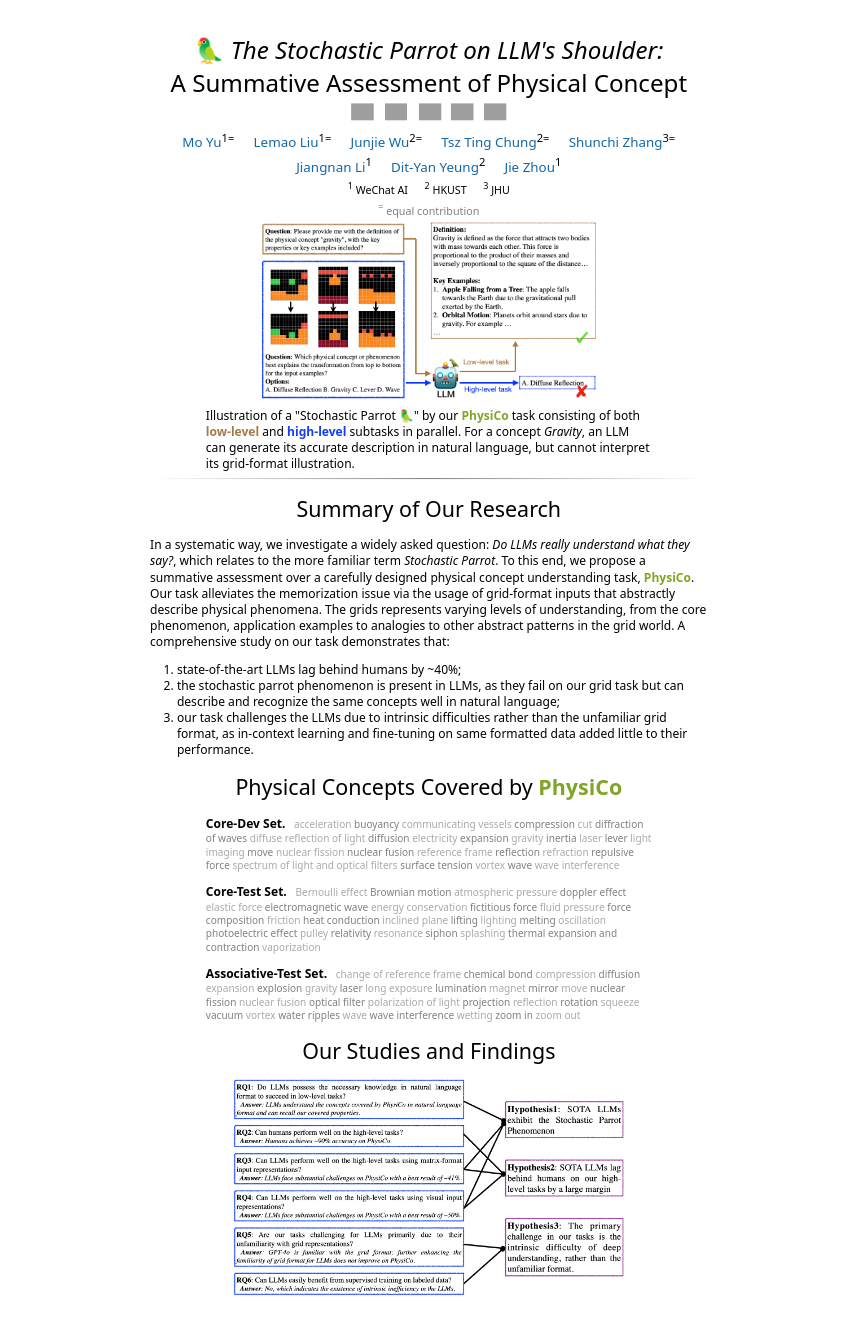
Repository: wujunjie1998/araoc-benchmark.github.io
Page: index.html
These files come from the project's save history. The page is drawn as it stood at one moment and after the next save; the edit follows.
The browser window is 1280 px wide. The pictures show the whole page, at 67% of full size.
Pictures or frames that could not be fetched are drawn as grey boxes.

Above is the page before, as saved 2025-02-07 20:47:32.

### index.html
<html>
  <head>
    <title>
      The Stochastic Parrot on LLM's Shoulder: A Summative Assessment of
      Physical Concept
    </title>
    <link
      rel="icon"
      href="data:[embedded picture, 137 characters]"
    />
    <meta charset="UTF-8" />
    <meta name="viewport" content="width=device-width, initial-scale=1" />
    <link rel="stylesheet" href="./css/index.css" />
  </head>

  <body>
    <div class="header">
      <div class="paper-title">
        🦜 <i>The Stochastic Parrot on LLM's Shoulder:</i>
        <br />
        A Summative Assessment of Physical Concept
      </div>
      <div>
        <!-- * Paper -->
        <span class="link-block">
          <a target="_blank" href="./paper.pdf"
            ><img
              class="badge"
              src="https://img.shields.io/badge/Paper-PDF-red?&labelColor=lightgray&logo=arxiv&logoColor=brown" /><img
          /></a>
        </span>
        <!-- * Dataset -->
        <span class="link-block">
          <a
            target="_blank"
            href="https://huggingface.co/datasets/ShunchiZhang/PhysiCo/"
            ><img
              class="badge"
              src="https://img.shields.io/badge/HuggingFace-Dataset-yellow?labelColor=lightgray&logo=huggingface" /><img
          /></a>
        </span>
        <!-- * Code -->
        <span class="link-block">
          <a target="_blank" href="https://github.com/physico-benchmark/physico"
            ><img
              class="badge"
              src="https://img.shields.io/badge/GitHub-Code-gray?labelColor=lightgray&logo=github&logoColor=gray" /><img /></a
        ></span>
        <!-- * Leaderboard -->
        <span class="link-block">
          <a href="./leaderboard.html"
            ><img
              class="badge"
              src="https://img.shields.io/badge/Leaderboard-Visit-blue?labelColor=lightgray&logo=stackblitz&logoColor=367BAF" /><img /></a
        ></span>
        <!-- * X Threads -->
        <span class="link-block">
          <a href="https://x.com/jieeijjie/status/1876713099752861782"
            ><img
              class="badge"
              src="https://img.shields.io/badge/Threads-black?labelColor=lightgray&logo=x&logoColor=gray" /><img /></a
        ></span>
      </div>
      <div>
        <div class="author-list">
          <span class="author-block"
            ><a href="https://sites.google.com/site/moyunlp/">Mo Yu</a
            ><sup>1=</sup></span
          >
          <span class="author-block"
            ><a href="https://lemaoliu.github.io/homepage/">Lemao Liu</a
            ><sup>1=</sup></span
          >
          <span class="author-block"
            ><a href="https://wujunjie1998.github.io/">Junjie Wu</a
            ><sup>2=</sup></span
          >
          <span class="author-block"
            ><a href="https://ttchungc.github.io/">Tsz Ting Chung</a
            ><sup>2=</sup></span
          >
          <span class="author-block"
            ><a href="https://shunchizhang.github.io">Shunchi Zhang</a
            ><sup>3=</sup></span
          >
        </div>
        <div class="author-list">
          <span class="author-block"
            ><a href="https://openreview.net/profile?id=~Jiangnan_Li2"
              >Jiangnan Li</a
            ><sup>1</sup></span
          >
          <span class="author-block"
            ><a href="https://sites.google.com/view/dyyeung">Dit-Yan Yeung</a
            ><sup>2</sup></span
          >
          <span class="author-block"
            ><a href="https://openreview.net/profile?id=~Jie_Zhou8">Jie Zhou</a
            ><sup>1</sup></span
          >
        </div>
        <div class="inst-list">
          <span class="institution-block"><sup>1</sup> WeChat AI</span>
          <span class="institution-block"><sup>2</sup> HKUST</span>
          <span class="institution-block"><sup>3</sup> JHU</span>
        </div>
        <div class="note-block"><sup>=</sup> equal contribution</div>
      </div>
    </div>

    <div class="teaser">
      <center>
        <img src="./img/teaser.png" />
        <figcaption>
          Illustration of a "Stochastic Parrot 🦜" by our
          <span class="dataset-name">PhysiCo</span> task consisting of both
          <b style="color: #a47b48">low-level</b> and
          <b style="color: #153cf9">high-level</b> subtasks in parallel. For a
          concept <i>Gravity</i>, an LLM can generate its accurate description
          in natural language, but cannot interpret its grid-format
          illustration.
        </figcaption>
      </center>
    </div>

    <hr />

    <!-- ^ Summary of Our Research -->
    <center><h1>Summary of Our Research</h1></center>
    <div class="content">
      <!-- <p style="font-size: large; text-align: center">
        <b>TL;DR:</b>
      </p> -->
      <p>
        In a systematic way, we investigate a widely asked question:
        <i>Do LLMs really understand what they say?</i>, which relates to the
        more familiar term <i>Stochastic Parrot</i>. To this end, we propose a
        summative assessment over a carefully designed physical concept
        understanding task, <span class="dataset-name">PhysiCo</span>. Our task
        alleviates the memorization issue via the usage of grid-format inputs
        that abstractly describe physical phenomena. The grids represents
        varying levels of understanding, from the core phenomenon, application
        examples to analogies to other abstract patterns in the grid world. A
        comprehensive study on our task demonstrates that:
      </p>
      <ol>
        <li>state-of-the-art LLMs lag behind humans by ~40%;</li>
        <li>
          the stochastic parrot phenomenon is present in LLMs, as they fail on
          our grid task but can describe and recognize the same concepts well in
          natural language;
        </li>
        <li>
          our task challenges the LLMs due to intrinsic difficulties rather than
          the unfamiliar grid format, as in-context learning and fine-tuning on
          same formatted data added little to their performance.
        </li>
      </ol>
    </div>

    <!-- ^ Physical Concepts Covered by `PhysiCo` -->
    <center>
      <h1>
        Physical Concepts Covered by <span class="dataset-name">PhysiCo</span>
      </h1>
    </center>
    <div class="content narrower">
      <p>
        <strong>Core-Dev Set.</strong>&ensp;<span style="font-size: smaller">
          <span style="color: darkgray">acceleration</span>
          <span style="color: gray">buoyancy</span>
          <span style="color: darkgray">communicating vessels</span>
          <span style="color: gray">compression</span>
          <span style="color: darkgray">cut</span>
          <span style="color: gray">diffraction of waves</span>
          <span style="color: darkgray">diffuse reflection of light</span>
          <span style="color: gray">diffusion</span>
          <span style="color: darkgray">electricity</span>
          <span style="color: gray">expansion</span>
          <span style="color: darkgray">gravity</span>
          <span style="color: gray">inertia</span>
          <span style="color: darkgray">laser</span>
          <span style="color: gray">lever</span>
          <span style="color: darkgray">light imaging</span>
          <span style="color: gray">move</span>
          <span style="color: darkgray">nuclear fission</span>
          <span style="color: gray">nuclear fusion</span>
          <span style="color: darkgray">reference frame</span>
          <span style="color: gray">reflection</span>
          <span style="color: darkgray">refraction</span>
          <span style="color: gray">repulsive force</span>
          <span style="color: darkgray"
            >spectrum of light and optical filters</span
          >
          <span style="color: gray">surface tension</span>
          <span style="color: darkgray">vortex</span>
          <span style="color: gray">wave</span>
          <span style="color: darkgray">wave interference</span></span
        >
      </p>
      <p>
        <strong>Core-Test Set.</strong>&ensp;<span style="font-size: smaller">
          <span style="color: darkgray">Bernoulli effect</span>
          <span style="color: gray">Brownian motion</span>
          <span style="color: darkgray">atmospheric pressure</span>
          <span style="color: gray">doppler effect</span>
          <span style="color: darkgray">elastic force</span>
          <span style="color: gray">electromagnetic wave</span>
          <span style="color: darkgray">energy conservation</span>
          <span style="color: gray">fictitious force</span>
          <span style="color: darkgray">fluid pressure</span>
          <span style="color: gray">force composition</span>
          <span style="color: darkgray">friction</span>
          <span style="color: gray">heat conduction</span>
          <span style="color: darkgray">inclined plane</span>
          <span style="color: gray">lifting</span>
          <span style="color: darkgray">lighting</span>
          <span style="color: gray">melting</span>
          <span style="color: darkgray">oscillation</span>
          <span style="color: gray">photoelectric effect</span>
          <span style="color: darkgray">pulley</span>
          <span style="color: gray">relativity</span>
          <span style="color: darkgray">resonance</span>
          <span style="color: gray">siphon</span>
          <span style="color: darkgray">splashing</span>
          <span style="color: gray">thermal expansion and contraction</span>
          <span style="color: darkgray">vaporization</span></span
        >
      </p>
      <p>
        <strong>Associative-Test Set.</strong>&ensp;<span
          style="font-size: smaller"
        >
          <span style="color: darkgray">change of reference frame</span>
          <span style="color: gray">chemical bond</span>
          <span style="color: darkgray">compression</span>
          <span style="color: gray">diffusion</span>
          <span style="color: darkgray">expansion</span>
          <span style="color: gray">explosion</span>
          <span style="color: darkgray">gravity</span>
          <span style="color: gray">laser</span>
          <span style="color: darkgray">long exposure</span>
          <span style="color: gray">lumination</span>
          <span style="color: darkgray">magnet</span>
          <span style="color: gray">mirror</span>
          <span style="color: darkgray">move</span>
          <span style="color: gray">nuclear fission</span>
          <span style="color: darkgray">nuclear fusion</span>
          <span style="color: gray">optical filter</span>
          <span style="color: darkgray">polarization of light</span>
          <span style="color: gray">projection</span>
          <span style="color: darkgray">reflection</span>
          <span style="color: gray">rotation</span>
          <span style="color: darkgray">squeeze</span>
          <span style="color: gray">vacuum</span>
          <span style="color: darkgray">vortex</span>
          <span style="color: gray">water ripples</span>
          <span style="color: darkgray">wave</span>
          <span style="color: gray">wave interference</span>
          <span style="color: darkgray">wetting</span>
          <span style="color: gray">zoom in</span>
          <span style="color: darkgray">zoom out</span></span
        >
      </p>
    </div>

    <!-- ^ Our Studies and Findings -->
    <center><h1>Our Studies and Findings</h1></center>
    <div class="content">
      <!-- <p>Foo Bar</p> -->
      <center>
        <img src="./img/rq.png" width="70%" />
        <!-- <figcaption style="text-align: center">
          6 Research Questions (RQs) and 3 Hypotheses
        </figcaption> -->
      </center>
    </div>
  </body>
</html>

### css/index.css
@import url("https://fonts.googleapis.com/css2?family=Noto+Sans:ital,wght@0,100..900;1,100..900&display=swap");

body {
  font-family: "Noto Sans", sans-serif;
  font-optical-sizing: auto;
  font-style: normal;
  font-variation-settings: "wdth" 100;
  font-weight: 400;
  font-size: 18px;
  margin: 50px auto;
  width: 65%;
}

div.header,
div.teaser,
div.content {
  margin-left: auto;
  margin-right: auto;
}

div.narrower {
  width: 80% !important;
}

div.header div {
  margin: 6px;
  text-align: center;
}

div.teaser img {
  max-width: 60%;
}

.paper-title {
  font-size: 36px;
}

.author-block {
  font-size: 20px;
  margin: 0px 12px;
}

.institution-block {
  font-size: 16px;
  margin: 0px 10px;
}

.note-block {
  color: gray;
  font-size: 16px;
}

.link-block {
  font-size: 24px;
  font-weight: bold;
  margin: 0px 5px;
}

.badge {
  width: auto;
  height: 2vw;
}

.dataset-name {
  font-weight: bold;
  color: #81a526;
}

h1 {
  font-size: 32px;
  font-weight: 300;
}

.disclaimerbox {
  background-color: #eee;
  border: 1px solid #eeeeee;
  border-radius: 10px;
  -moz-border-radius: 10px;
  -webkit-border-radius: 10px;
  padding: 20px;
}

video.header-vid {
  height: 140px;
  border: 1px solid black;
  border-radius: 10px;
  -moz-border-radius: 10px;
  -webkit-border-radius: 10px;
}

figcaption {
  margin: 10px 0px;
  width: 80%;
  text-align: left;
}

img.header-img {
  height: 140px;
  border: 1px solid black;
  border-radius: 10px;
  -moz-border-radius: 10px;
  -webkit-border-radius: 10px;
}

img.rounded {
  border: 1px solid #eeeeee;
  border-radius: 10px;
  -moz-border-radius: 10px;
  -webkit-border-radius: 10px;
}

a:link,
a:visited {
  color: #1367a7;
  text-decoration: none;
}
a:hover {
  color: #208799;
}

td.dl-link {
  height: 160px;
  text-align: center;
  font-size: 22px;
}

.vert-cent {
  position: relative;
  top: 50%;
  transform: translateY(-50%);
}

hr {
  border: 0;
  height: 1px;
  background-image: linear-gradient(
    to right,
    rgba(0, 0, 0, 0),
    rgba(0, 0, 0, 0.75),
    rgba(0, 0, 0, 0)
  );
}

.citation {
  text-align: left;
  font-family: monospace;
  font-size: 8pt;
  text-wrap: auto;
}

@media screen and (max-width: 1120px) {
  body {
    font-size: 16px;
    width: 90%;
  }
  div.teaser img {
    max-width: 100%;
  }
  .paper-title {
    font-size: 26px;
  }
  .author-block,
  .institution-block,
  .note-block {
    font-size: 14px;
  }
  .link-block {
    font-size: 20px;
  }
  .badge {
    width: auto;
    height: 28px;
    margin-top: 3px;
    margin-bottom: 3px;
  }
  h1 {
    font-size: 26px;
  }
}

After the next save:
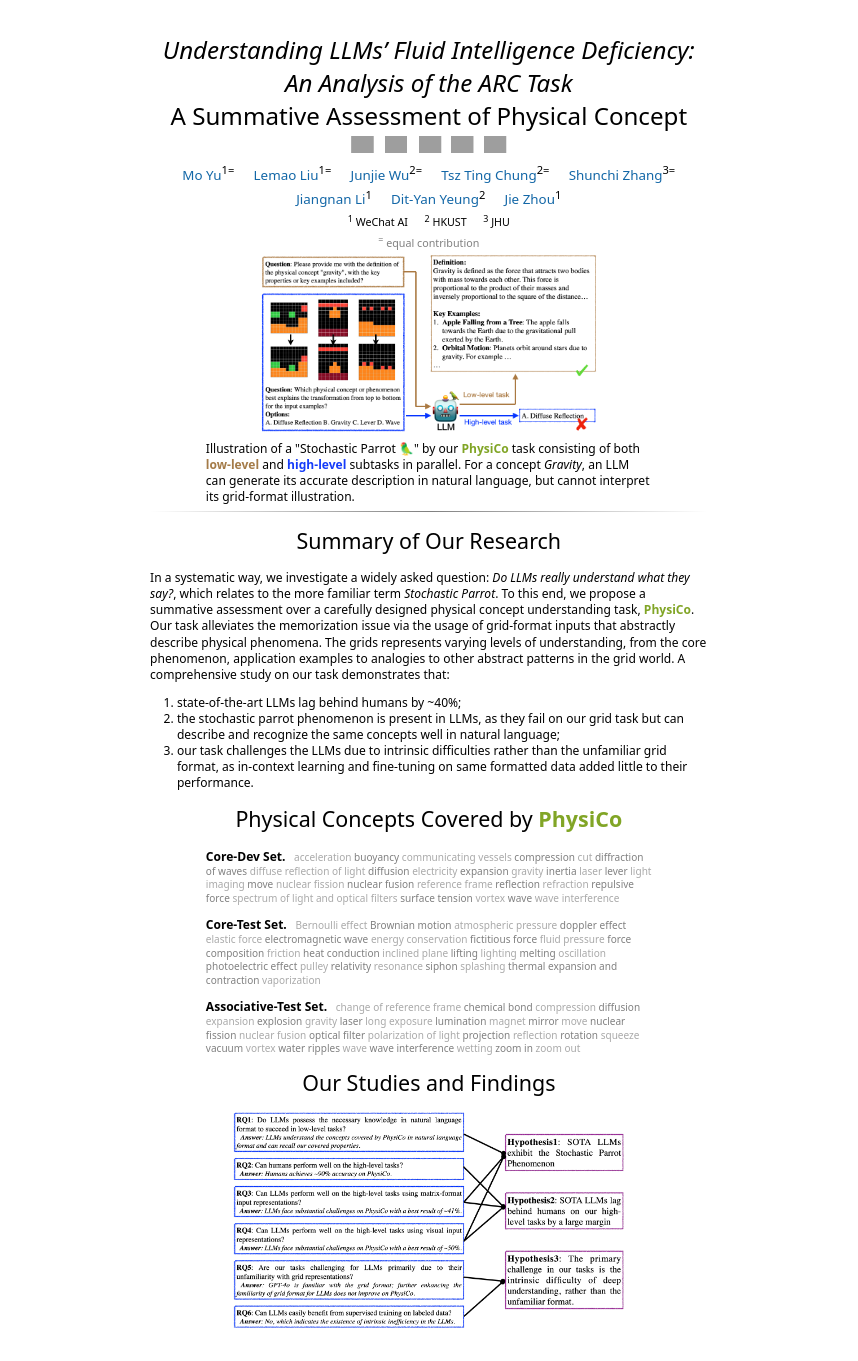
Saved 13 min 30 s later.
--- a/index.html
+++ b/index.html
@@ -1,8 +1,7 @@
 <html>
   <head>
     <title>
-      The Stochastic Parrot on LLM's Shoulder: A Summative Assessment of
-      Physical Concept
+      Understanding LLMs’ Fluid Intelligence Deficiency: An Analysis of the ARC Task
     </title>
     <link
       rel="icon"
@@ -16,7 +15,7 @@
   <body>
     <div class="header">
       <div class="paper-title">
-        🦜 <i>The Stochastic Parrot on LLM's Shoulder:</i>
+        <i>Understanding LLMs’ Fluid Intelligence Deficiency: An Analysis of the ARC Task</i>
         <br />
         A Summative Assessment of Physical Concept
       </div>

After the save that followed:
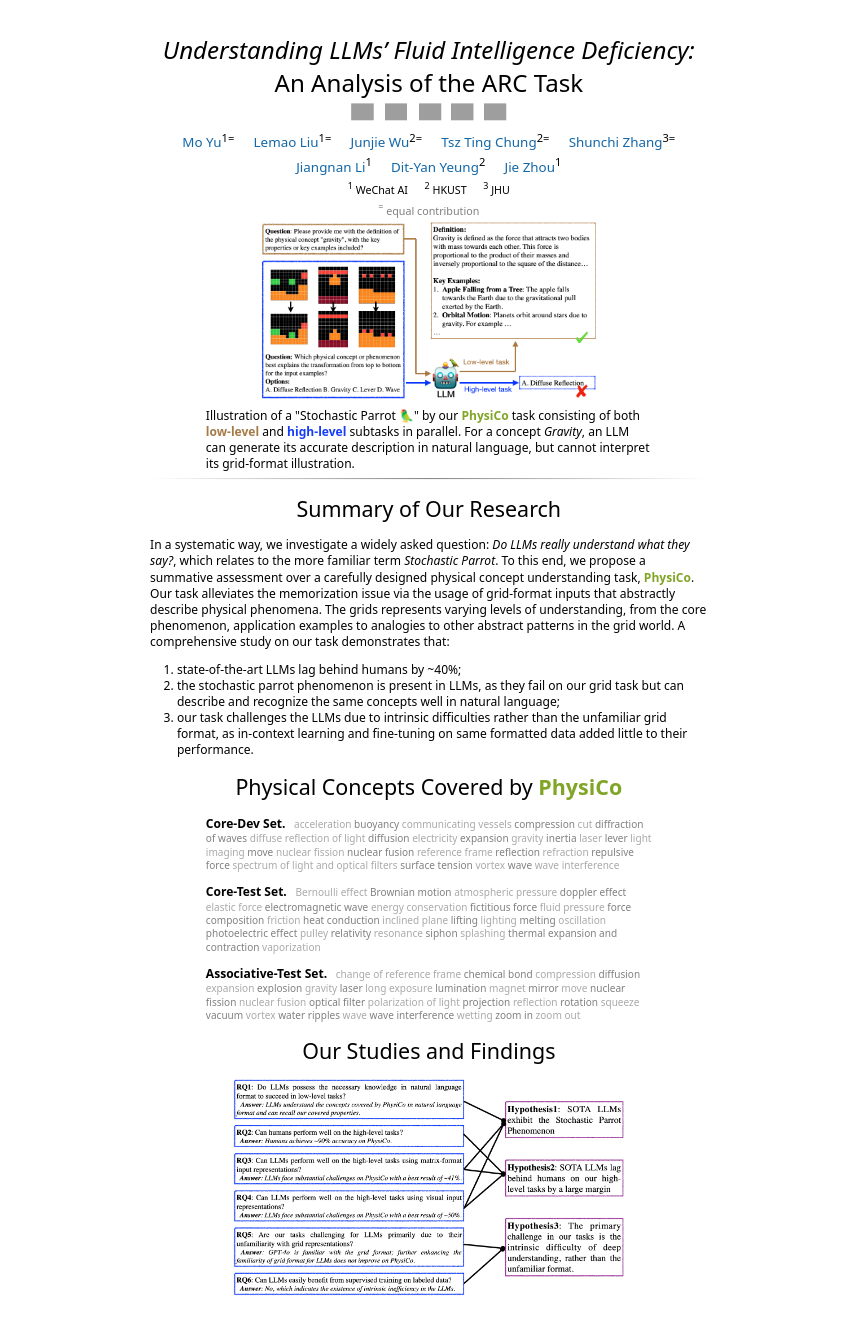
Saved 53 s later.
--- a/index.html
+++ b/index.html
@@ -15,9 +15,9 @@
   <body>
     <div class="header">
       <div class="paper-title">
-        <i>Understanding LLMs’ Fluid Intelligence Deficiency: An Analysis of the ARC Task</i>
+        <i>Understanding LLMs’ Fluid Intelligence Deficiency:</i>
         <br />
-        A Summative Assessment of Physical Concept
+        An Analysis of the ARC Task
       </div>
       <div>
         <!-- * Paper -->
